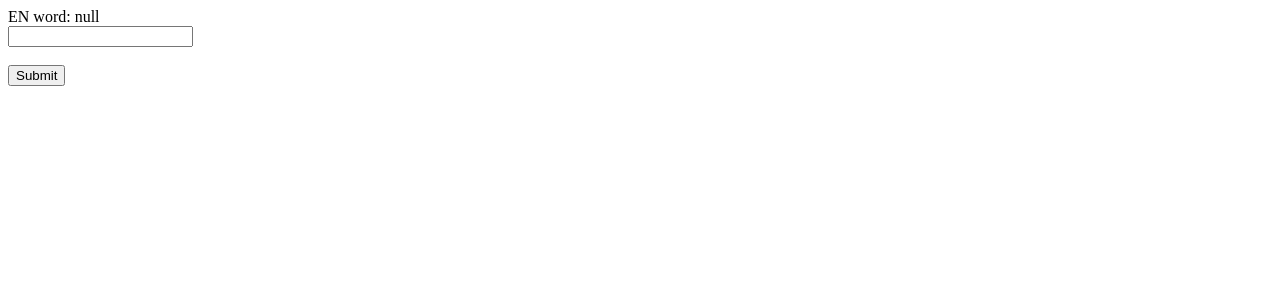
Repository: OleksandrDoskaliukKN313/IIC
Page: http://localhost/WebDictionary/en_ua
The author's editor kept a copy of each file at every save. The page is drawn from the files as they stood at one save, then again after the next save.
The browser window is 1280 px wide. The pictures show the whole page.
The page is served by Tomcat 9.

Above is the page before, as saved 2020-10-11 11:17:29.

After the next save:
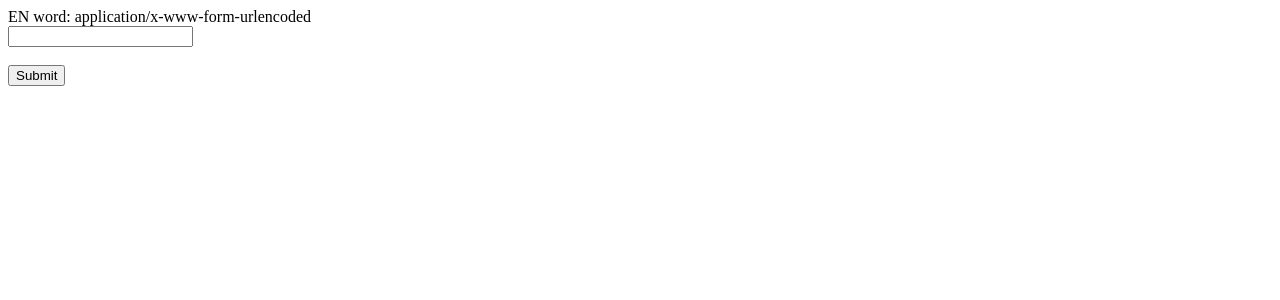
Saved 5 s later.
--- a/WebDictionary/WebContent/en_ua.jsp
+++ b/WebDictionary/WebContent/en_ua.jsp
@@ -10,7 +10,7 @@
 </head>
 <body>
 <form action  = "/WebDictionary/TranslateHandler">
-EN word: <%=request.getParameter("en") %>
+EN word: <%=request.getContentType() %>
 <br><input name="ua" />
     <br><br>
     <input type="submit" value="Submit" />
